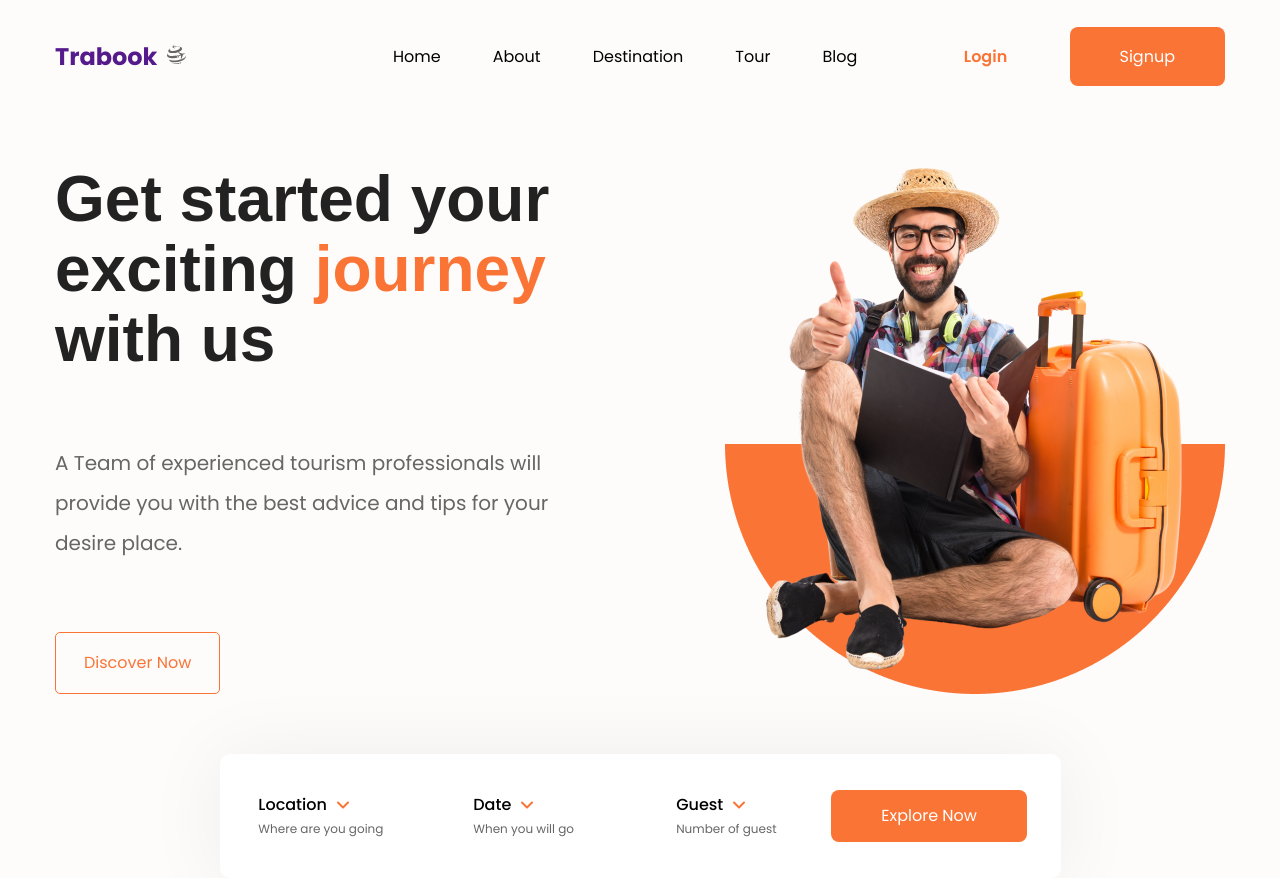
Repository: phobo99/phobo99.github.io
Page: Trabook/index.html
These files come from the project's save history. The page is drawn as it stood at one moment and after a run of saves; the edit follows.
The browser window is 1280 px wide. The pictures show the whole page.
Some web fonts or font styles are not loaded; a fallback is used. Some web libraries are served in a nearby version. The style sheet was rebuilt from its Sass, Less or Tailwind sources for each picture, by a compiler version that may differ from the author's.

Above is the page before, as saved 2022-06-18 23:57:59.

### Trabook/index.html
<!DOCTYPE html>
<html lang="en">

<head>
    <meta charset="UTF-8">
    <meta http-equiv="X-UA-Compatible" content="IE=edge">
    <meta name="viewport" content="width=device-width, initial-scale=1.0">
    <title>Responsive</title>
    <link
        href="https://fonts.googleapis.com/css2?family=Poppins:wght@300;400;500;600;700&family=Volkhov:wght@400;700&display=swap"
        rel="stylesheet">
    <link rel="stylesheet" href="https://cdnjs.cloudflare.com/ajax/libs/font-awesome/6.1.1/css/all.min.css"
        integrity="sha512-KfkfwYDsLkIlwQp6LFnl8zNdLGxu9YAA1QvwINks4PhcElQSvqcyVLLD9aMhXd13uQjoXtEKNosOWaZqXgel0g=="
        crossorigin="anonymous" referrerpolicy="no-referrer" />

    <link rel="stylesheet" href="reset.css">
    <link rel="stylesheet" href="style.css">
</head>

<body>
    <div class="container-fluid">
        <header class="header container">
            <div class="nav-bar">
                <div class="logo">
                    <a href=""><span class="text-logo">Trabook</span></a>
                    <svg width="19" height="19" viewBox="0 0 19 19" fill="none" xmlns="http://www.w3.org/2000/svg">
                        <path
                            d="M1.64111 4.96058C1.79426 4.76583 1.99595 4.50221 2.15747 4.31379C2.6412 3.79446 2.70397 3.72638 3.14417 3.34242C3.27473 3.24108 3.42956 3.11917 3.58103 3.00437C2.46378 3.89896 2.32151 4.88933 3.3467 5.50129C3.34503 5.50129 3.34503 5.50129 3.34503 5.50287C4.77863 6.31987 7.92034 6.14333 10.3992 5.09675C12.8003 4.08342 13.6865 2.63388 12.5015 1.77254C11.4612 1.58808 10.221 1.56671 8.90871 1.73296L8.7723 1.52L8.88528 1.16692C9.6569 1.10121 10.39 1.11704 11.0227 1.21917C11.1759 1.24371 11.3776 1.28567 11.5282 1.31575C11.8194 1.38304 11.9776 1.42342 12.1676 1.48121C12.3617 1.53583 12.5274 1.59046 12.8162 1.69179C13.099 1.79708 13.2212 1.84458 13.448 1.95146C13.702 2.06108 13.9488 2.18506 14.187 2.32275C16.0751 3.44612 14.9009 5.49575 11.5692 6.90017C8.24673 8.29983 4.01287 8.51992 2.11563 7.41C2.11479 7.40842 2.11228 7.40683 2.10726 7.40525H2.11061C1.07453 6.78458 0.965735 5.88367 1.64111 4.96058ZM10.2854 12.8139L10.2586 11.552L9.31042 10.5545C6.17792 11.2258 3.09898 11.0817 1.38669 10.1278C1.38084 10.1215 1.36661 10.1151 1.36075 10.1088C0.391624 9.54433 0.152272 8.816 0.225082 8.02433C-0.00171646 9.18254 -0.0201282 9.60054 0.0125108 10.5917C0.0526817 11.2124 0.431795 11.7847 1.19421 12.236L1.20007 12.2423C3.02533 13.3158 6.82819 13.5486 10.2854 12.8139ZM14.2397 14.2587C9.81842 15.9362 4.28486 16.0352 1.8813 14.4827C2.14087 15.0828 2.49406 15.6427 2.92909 16.1437C5.13515 17.5687 10.2143 17.4776 14.2707 15.9378C16.645 15.0377 18.143 13.8399 18.5364 12.7173L18.6468 12.3793C18.9088 11.5227 18.9582 10.8094 19 10.1745C18.9523 11.5528 17.2358 13.1203 14.2397 14.2587ZM4.47986 17.4895C4.61878 17.6146 5.05564 18.122 7.26923 18.6825C7.86761 18.8076 9.37402 19.209 12.1567 18.6255L12.1734 18.3857L11.9533 18.0595C9.37151 18.6374 6.50347 18.4442 4.47986 17.4895ZM10.8687 7.50737L13.2196 9.19283C13.2196 9.19283 13.7225 9.53563 13.248 9.77629C12.7752 10.0146 11.5608 10.598 11.5608 10.598L10.3616 10.1745L9.75983 10.4278L10.821 11.2995L10.8294 12.6556L11.4529 12.3935L11.8663 11.248C11.8663 11.248 13.1359 10.7857 13.6397 10.6115C14.146 10.4413 14.0782 11.024 14.0782 11.024L13.8288 13.8035L14.6573 13.4552L16.0215 9.70504C16.0215 9.70504 16.7446 9.37254 17.2534 9.08042C17.7614 8.78829 17.9355 8.30379 17.9355 8.30379C17.9355 8.30379 17.44 8.10192 16.8693 8.26421C16.2985 8.42492 15.5545 8.7115 15.5545 8.7115L11.6947 7.16062L10.8687 7.50737ZM5.89505 2.17471L7.49101 3.37725L7.92703 3.3155L7.05833 2.23646C7.05833 2.23646 6.8692 2.01321 7.12361 1.96017C7.3797 1.90633 8.02746 1.78125 8.02746 1.78125L8.51453 2.14937L8.8426 2.10346L8.47101 1.54454L8.66685 0.924667L8.34966 0.968208L7.9739 1.44004C7.9739 1.44004 7.31443 1.49862 7.05499 1.51921C6.79388 1.53821 6.90602 1.273 6.90602 1.273L7.40648 0L6.96795 0.0609583L5.81303 1.65142C5.81303 1.65142 5.42806 1.71792 5.14938 1.79313C4.86985 1.86754 4.72256 2.07179 4.72256 2.07179C4.72256 2.07179 4.9276 2.22854 5.21633 2.223C5.50757 2.21746 5.89505 2.17471 5.89505 2.17471ZM13.7828 17.6265L12.7501 17.1158L12.5124 17.1942L13.1242 17.712C13.1242 17.712 13.2547 17.8172 13.1175 17.8735C12.9802 17.9289 12.6304 18.065 12.6304 18.065L12.3417 17.9431L12.1701 18.0017L12.4103 18.244L12.3868 18.5978L12.5659 18.5392L12.6998 18.2519C12.6998 18.2519 13.0631 18.1497 13.2078 18.1133C13.3518 18.0761 13.3192 18.236 13.3192 18.236L13.1827 19L13.4213 18.9216L13.8891 17.9115C13.8891 17.9115 14.0958 17.8347 14.2439 17.7642C14.3921 17.6937 14.4506 17.5639 14.4506 17.5639C14.4506 17.5639 14.3192 17.4958 14.1569 17.5299C13.9937 17.5623 13.7828 17.6265 13.7828 17.6265Z"
                            fill="#666666" />
                    </svg>
                </div>
                <div class="menu-list">
                    <ul class="menu">
                        <li>Home</li>
                        <li>About</li>
                        <li>Destination</li>
                        <li>Tour</li>
                        <li>Blog</li>
                    </ul>
                </div>
                <div class="nav-login">
                    <span class="login">Login</span>
                    <span class="sign-up button-primary">Signup</span>
                </div>
            </div>
            <div class="content">
                <div class="content-left">
                    <h1 class="header-content">Get started your exciting <span class="text-org">journey</span> with us
                    </h1>
                    <span class="desc-content">A Team of experienced tourism professionals will provide you with the
                        best advice and tips for
                        your desire place. </span>
                    <div class="button-secondary">
                        Discover Now
                    </div>
                </div>
                <div class="content-right">
                    <img src="./img/people-01.png" alt="" class="img-people">
                </div>
            </div>
            <div class="search-bar">
                <div class="list-search">
                    <div class="item-search">
                        <div class="title-item">
                            <p class="heading-title">Location</p>
                            <svg width="12" height="8" viewBox="0 0 12 8" fill="none"
                                xmlns="http://www.w3.org/2000/svg">
                                <path d="M1 1.5L6 6.5L11 1.5" stroke="#FA7436" stroke-width="2" stroke-linecap="round"
                                    stroke-linejoin="round" />
                            </svg>
                        </div>
                        <div class="desc-item">
                            Where are you going
                        </div>
                    </div>
                    <div class="item-search">
                        <div class="title-item">
                            <p class="heading-title">Date</p>
                            <svg width="12" height="8" viewBox="0 0 12 8" fill="none"
                                xmlns="http://www.w3.org/2000/svg">
                                <path d="M1 1.5L6 6.5L11 1.5" stroke="#FA7436" stroke-width="2" stroke-linecap="round"
                                    stroke-linejoin="round" />
                            </svg>
                        </div>
                        <div class="desc-item">
                            When you will go
                        </div>
                    </div>
                    <div class="item-search">
                        <div class="title-item">
                            <p class="heading-title">Guest</p>
                            <svg width="12" height="8" viewBox="0 0 12 8" fill="none"
                                xmlns="http://www.w3.org/2000/svg">
                                <path d="M1 1.5L6 6.5L11 1.5" stroke="#FA7436" stroke-width="2" stroke-linecap="round"
                                    stroke-linejoin="round" />
                            </svg>
                        </div>
                        <div class="desc-item">
                            Number of guest
                        </div>
                    </div>
                    <div class="button-primary">
                        Explore Now
                    </div>
                </div>
            </div>
        </header>
    </div>
</body>

</html>

### Trabook/style.scss
$bg-color: #fefcfb;
$bg-second: #f7f8fc;
$primary-color: #fa7436;
$header-color: #222;
$gray-color: #666666;

@mixin size($width, $height: $width) {
  width: $width;
  height: $height;
}
@mixin flexbox(
  $align: flex-start,
  $justify: flex-start,
  $flex-direction: row,
  $wrap: nowrap
) {
  display: flex;
  align-items: $align;
  justify-content: $justify;
  flex-direction: $flex-direction;
  flex-wrap: $wrap;
}
html {
  font-size: 62.5%;
}
a {
  text-decoration: none !important;
}
* {
  box-sizing: border-box;
}
body {
  font-size: 1.6rem;
  font-family: "Poppins", sans-serif;
  font-weight: normal;
  background-color: #fefcfb;
}

a {
  text-decoration: none;
}

img {
  display: block;
  max-width: 100%;
}
h1 {
  font-family: "Volkhov", sans-serif;
  font-weight: 700;
  font-size: 64px;
  line-height: 70px;
  color: $header-color;
}
.container-fluid {
  .container {
    max-width: 1170px;
    margin: 0 auto;
  }
  .text-org {
    color: $primary-color;
  }
  .desc-content {
    color: $gray-color;
    line-height: 2;
    font-size: 20px;
  }
  .button-primary {
    padding: 18px 50px;
    background-color: $primary-color;
    color: white;
    border-radius: 8px;
    cursor: pointer;
    &:hover {
      opacity: 0.7;
      transition: all 0.2s linear;
    }
  }
  .header {
    .nav-bar {
      display: flex;
      @include size(100%, 114px);
      align-items: center;
      justify-content: space-between;
      .logo {
        display: flex;
        cursor: pointer;
        .text-logo {
          font-size: 24px;
          font-weight: bold;
          margin-right: 10px;
        }
      }
      .menu-list {
        margin-right: -10rem;
        .menu {
          @include flexbox(stretch, center);
          gap: 32px;
          li {
            padding: 10px;
            border-radius: 5px;
            cursor: pointer;
            &:hover {
              background-color: $primary-color;
              transition: all 0.2s linear;
            }
          }
        }
      }
      .nav-login {
        .login {
          font-size: 16px;
          font-weight: 600;
          color: $primary-color;
          cursor: pointer;
          margin-right: 58px;
        }
      }
    }
    .content {
      @include size(100%, 530px);
      @include flexbox(stretch, space-between);
      margin-top: 50px;
      .content-left {
        @include flexbox(stretch, space-between, column);
        @include size(490px, auto);
        .header-content {
          width: 521px;
        }
        .desc-content {
          width: 521px;
        }
        .button-secondary {
          width: fit-content;
          padding: 22px 28px;
          border: 1px solid $primary-color;
          border-radius: 5px;
          color: $primary-color;
          cursor: pointer;
          &:hover {
            background-color: $primary-color;
            color: white;
            transition: all 0.2s linear;
          }
        }
      }
      .content-right {
      }
    }
    .search-bar {
      background-color: white;
      width: 841px;
      height: 124px;
      margin: 0 auto;
      margin-top: 6rem;
      box-shadow: 0px 2px 80px 2px rgba(0, 0, 0, 0.06);
      border-radius: 10px;
      .list-search {
        width: 100%;
        height: 100%;
        padding-right: 30px;
        display: grid;
        grid-template-columns: 1fr 1fr 1fr 1fr;
        justify-items: center;
        align-items: center;
        .item-search {
          .title-item {
            width: fit-content;
            display: flex;
            justify-content: center;
            align-items: center;
            font-weight: bold;
            margin-bottom: 10px;
            .heading-title {
              margin: 0 10px 0 0;
              font-weight: 500;
            }
          }
          .desc-item {
            font-size: 12px;
            color: $gray-color;
          }
        }
      }
    }
  }
}
@media screen and (min-width: 768px) {
}
@media screen and (max-width: 767px) {
}

Loaded but not shown: Trabook/reset.css (common file)

After the next 2 saves:
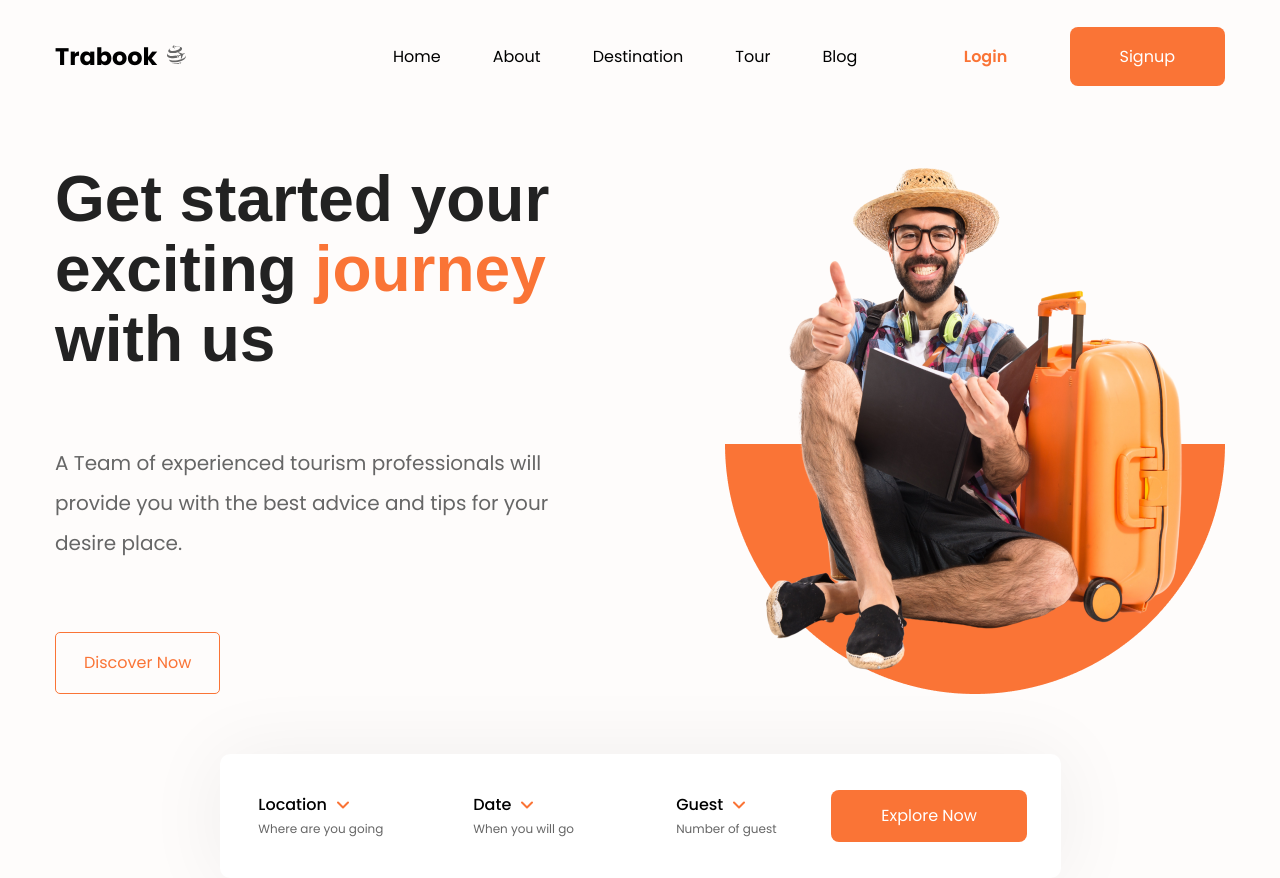
The 2 saves are shown as one change because they came seconds apart.
The last was saved 13 s later.
--- a/Trabook/style.scss
+++ b/Trabook/style.scss
@@ -24,7 +24,8 @@ html {
   font-size: 62.5%;
 }
 a {
-  text-decoration: none !important;
+  color: black;
+  text-decoration: none;
 }
 * {
   box-sizing: border-box;
